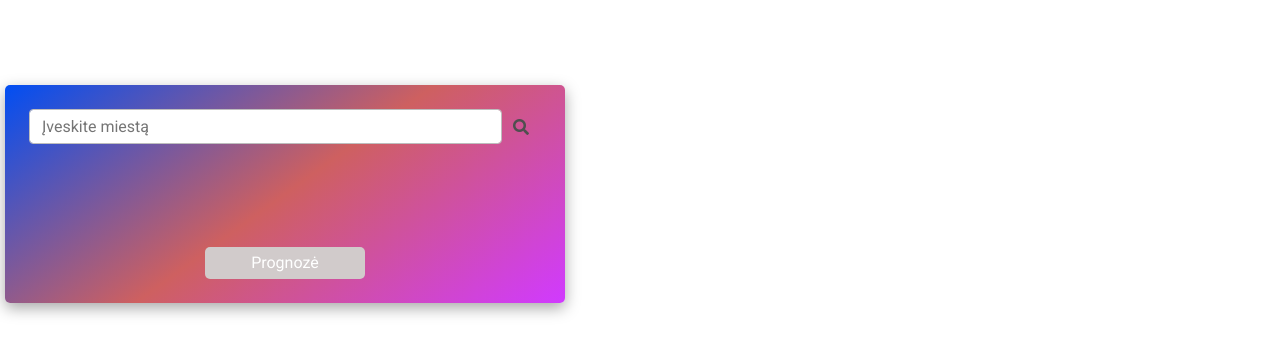
Repository: daxazz1/Weather-app
Page: index.html
These files come from the project's save history. The page is drawn as it stood at one moment and after the next save; the edit follows.
The browser window is 1280 px wide. The pictures show the whole page.
Some web fonts or font styles are not loaded; a fallback is used. Some web libraries are served in a nearby version.

Above is the page before, as saved 2021-11-08 12:30:21.

After the next save:
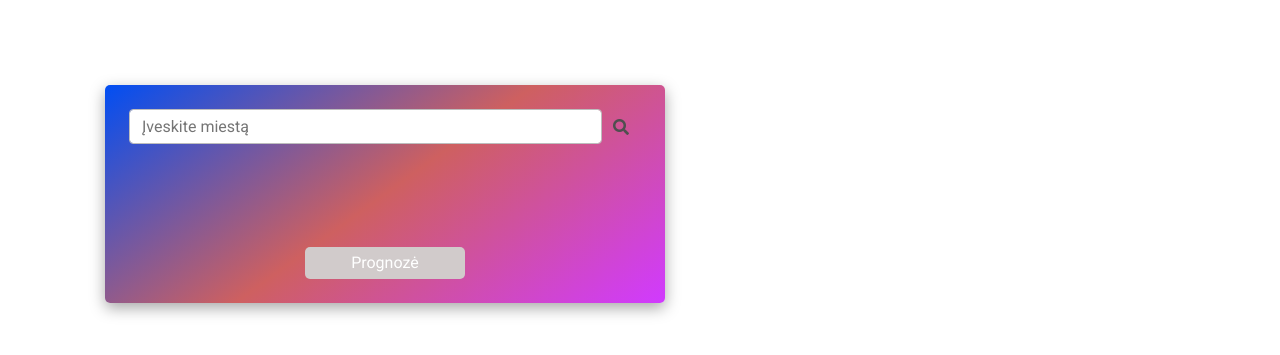
Saved 12 s later.
--- a/style.css
+++ b/style.css
@@ -3,6 +3,7 @@
   height: auto;
   display: block;
   padding-top: 5rem;
+  margin-left: 100px;
 }
 #wrapper1,
 #wrapper2 {

After the save that followed:
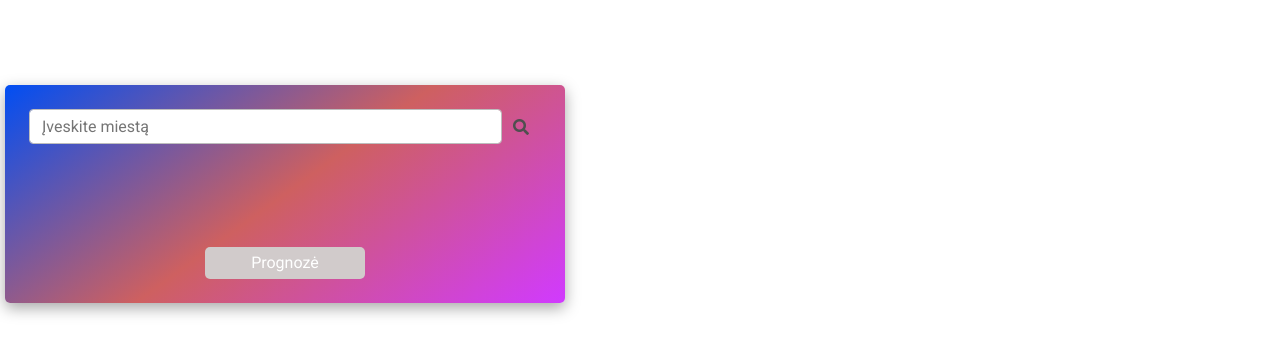
Saved 11 s later.
--- a/style.css
+++ b/style.css
@@ -3,7 +3,7 @@
   height: auto;
   display: block;
   padding-top: 5rem;
-  margin-left: 100px;
+  margin: auto;
 }
 #wrapper1,
 #wrapper2 {
